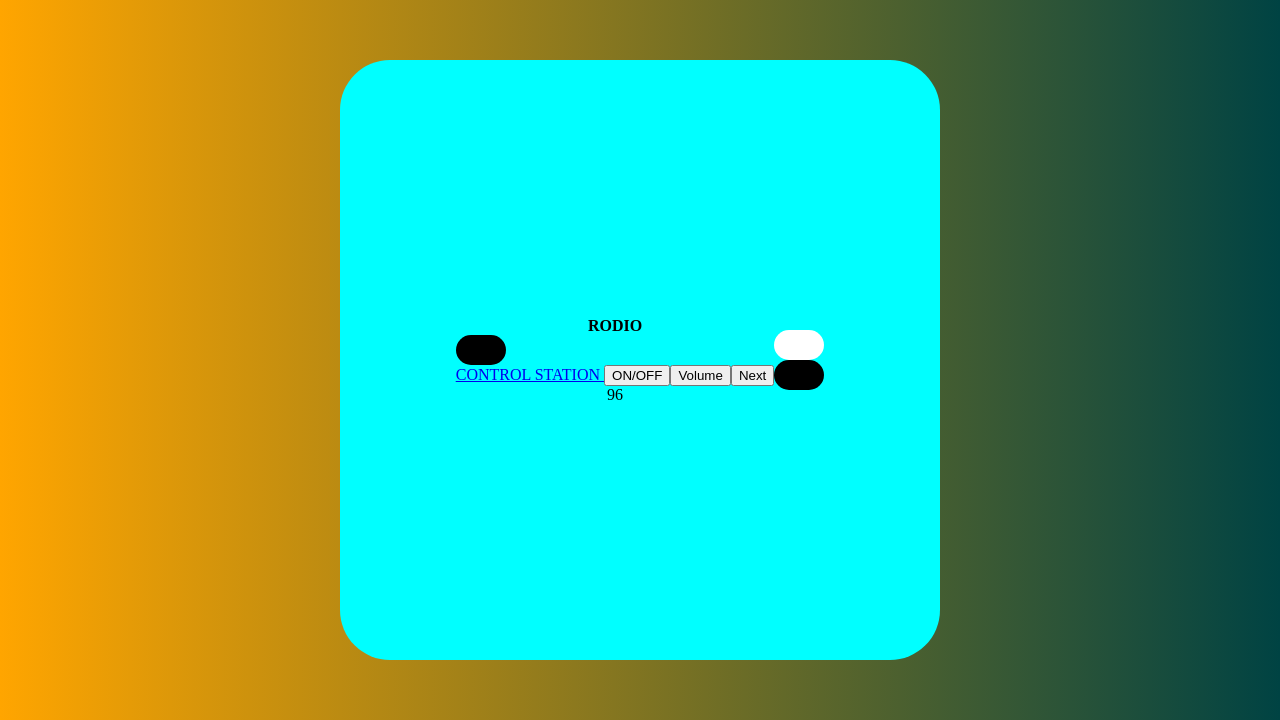
Repository: Alexandru-Morteanu/rodio
Page: /96
The author's editor kept a copy of each file at every save. The page is drawn from the files as they stood at one save, then again after the next save.
The browser window is 1280 px wide. The pictures show the whole page.
The project was rebuilt for these pictures with package versions that can differ from the ones it lists, and the page was loaded fresh each time. Also part of the build but not shown: src/pages/Login/firebase.js, src/pages/Login/AuthContext.js, src/pages/Login/PrivateRoute.js, src/pages/Administrator/Admin.js, src/pages/ControlStation/ControlStation.js.

Above is the page before, as saved 2023-01-30 11:47:26.

### public/index.html
<!DOCTYPE html>
<html lang="en">
  <head>
    <meta charset="utf-8" />
    <meta name="viewport" content="width=device-width, initial-scale=1" />
    <meta name="theme-color" content="#000000" />

    <title>RODIO</title>
  </head>
  <body>
    <div id="root"></div>
  </body>
</html>

### src/index.css
body {
  background: linear-gradient(to right, orange, rgb(0, 67, 67));
  margin: 0;
  height: 100vh;
  display: flex;
  justify-content: center;
  align-items: center;
}

### src/App.js
import React from 'react';
import './App.css';
import Homepage from "./pages/Homepage.js";
import { BrowserRouter as Router, Switch, Route } from "react-router-dom";
import PrivateRoute from './pages/Login/PrivateRoute';
import Admin from './pages/Administrator/Admin';
import ControlStation from './pages/ControlStation/ControlStation';
function App() {
  const stations = [
    "/96",
    "/98",
    "/99",
    "/102"
  ]
  return (
    <div className="App">
      <div className='container'>
      <Router>
          <Switch>
            {stations.map((path) => (
              <Route path={path} component={ Homepage } key={path} />
            ))}
            <Route path="/control" component={ ControlStation } />
            <PrivateRoute path="/admin" component={ Admin } />
          </Switch>
      </Router>
      </div>
    </div>
  );
}

export default App;

### src/App.css
.App{
  display: flex;
  justify-content: center;
  align-items: center;
}
.container{
  height: 600px;
  width: 600px;
  background-color: aqua;
  border-radius: 50px;
  text-align: center;
}

### src/pages/Homepage.js
import React from 'react'
import "./Homepage.css"
import { Link, useLocation } from "react-router-dom";
function Homepage() {
  const location = useLocation()
  const path = location.pathname.split('/');
  return (
    <div className='containerHome'>
        <div>
            <b>RODIO</b>
            <div className='vizualizer'></div>
            <Link to='/control'> CONTROL STATION </Link>
            <button>ON/OFF</button>
            <button>Volume</button>
            <button>Next</button>
            <div>{path}</div>
        </div>
        <div>
            <div className='adds'></div>
            <div className='currentStation'></div>
        </div>
    </div>
  )
}

export default Homepage

### src/pages/Homepage.css
.containerHome{
    height: 100%;
    width: 100%;
    display: flex;
    justify-content: center;
    align-items: center;
}
.vizualizer{
    height: 30px;
    width: 50px;
    background-color: black;
    border-radius: 20px;
}
.adds{
    height: 30px;
    width: 50px;
    background-color: rgb(255, 255, 255);
    border-radius: 20px;
}
.currentStation{
    height: 30px;
    width: 50px;
    background-color: rgb(0, 0, 0);
    border-radius: 20px;
}

Loaded but not shown: src/index.js (common file)

After the next save:
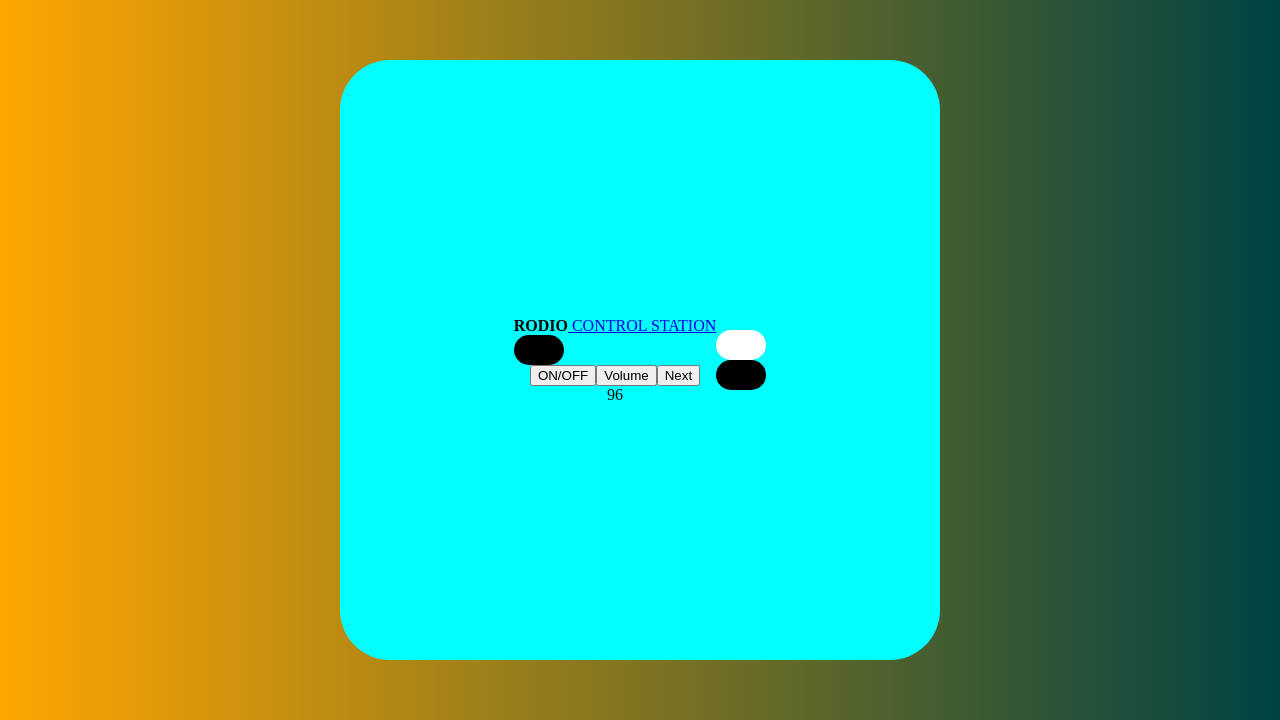
Saved 42 s later.
--- a/src/pages/Homepage.js
+++ b/src/pages/Homepage.js
@@ -8,8 +8,8 @@ function Homepage() {
     <div className='containerHome'>
         <div>
             <b>RODIO</b>
+            <Link to='/control'> CONTROL STATION </Link>
             <div className='vizualizer'></div>
-            <Link to='/control'> CONTROL STATION </Link>
             <button>ON/OFF</button>
             <button>Volume</button>
             <button>Next</button>
